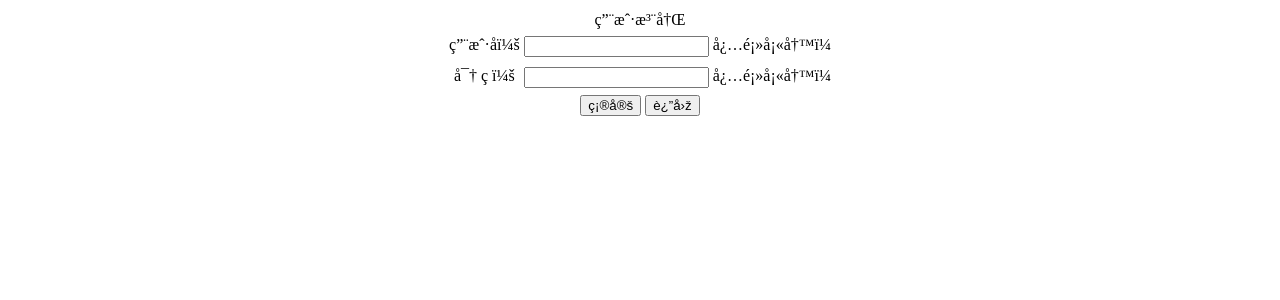
Repository: vap80963/UserManager
Page: http://localhost/WeBoUserManager/register.jsp
The author's editor kept a copy of each file at every save. The page is drawn from the files as they stood at one save, then again after the next save.
The browser window is 1280 px wide. The pictures show the whole page.
The page is served by Tomcat 9. Other server files are loaded and not shown.

Above is the page before, as saved 2017-05-28 01:58:29.

### WeBoUserManager/src/main/webapp/register.jsp
<%@ page language="java" contentType="text/html; charset=ISO-8859-1"
    pageEncoding="ISO-8859-1"%>

<%
String path = request.getContextPath();
String basePath = request.getScheme()+"://"+request.getServerName()+":"+request.getServerPort()+path+"/";
%>

<!DOCTYPE html PUBLIC "-//W3C//DTD HTML 4.01 Transitional//EN" "http://www.w3.org/TR/html4/loose.dtd">
<html>
<head>
<title>注册新用户</title>

	<meta http-equiv="pragma" content="no-cache">
	<meta http-equiv="cache-control" content="no-cache">
	<meta http-equiv="expires" content="0">
	<meta http-equiv="keywords" content="keyword1,keyword2,keyword3">
	<meta http-equiv="description" content="This is my page">
	<!--
	<link rel="stylesheet" type="text/css" href="styles.css">
	-->
<script type="text/javascript">
function dosubmit(){

	var th = document.form1;
	if(th.username.value==""){
		alert("用户名不能为空！");
		th.username.focus();
		return;
	}
	if(th.pswd.value==""){
		alert("密码不能为空！");
		th.pswd.focus();
		return;
	}
	th.action="<%=path%>/servlet/RegisterAction";
	th.submit();

}
function back(){
 	alert("退回主页！");
	th = document.form1;
	th.acton="<%=path%>/index.jsp";
	th.submit;
}

</script>
</head>
<body>
  <div style="text-align:center">
   <form action="" name="form1" method="post">
   <table  style="margin:auto">
   <tr>
   		<td colspan="3">
   		用户注册
   		</td>
   	</tr>
   	<tr>
   		<td>用户名：</td>
   		<td><input type="text" name="username"></input></td>
   		<td>必须填写！</td>
   	</tr>
   	<tr>
   		<td>密    码：</td>
   		<td><input type="password" name="pswd"></input></td>
   		<td>必须填写！</td>

   	</tr>
   	<tr>

   		<td colspan="3" align="center">
   		<button type="button" name="" onclick="dosubmit()" >确定</button>
   		<button type="button" name="" value="" onclick="javascript:location.href='index.jsp'" >返回</button>
   		</td>
   	</tr>

   </table>
   </form>

  </div>
</body>
</html>

After the next save:
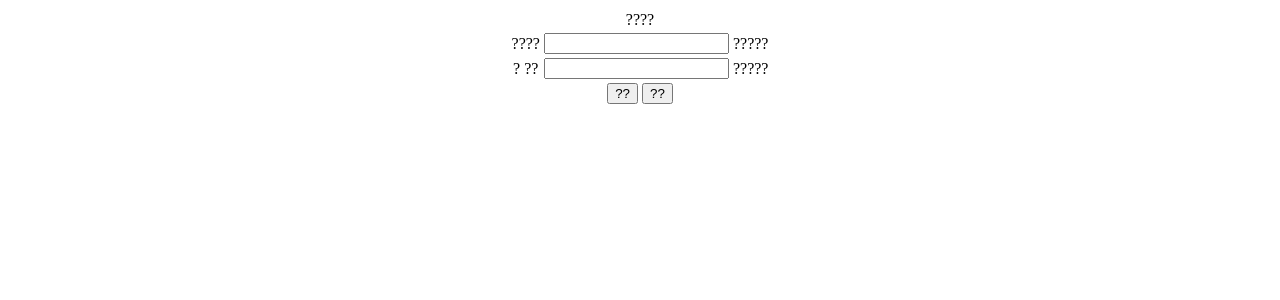
Saved 48 s later.
--- a/WeBoUserManager/src/main/webapp/register.jsp
+++ b/WeBoUserManager/src/main/webapp/register.jsp
@@ -1,5 +1,5 @@
 <%@ page language="java" contentType="text/html; charset=ISO-8859-1"
-    pageEncoding="ISO-8859-1"%>
+    pageEncoding="utf-8"%>
 
 <%
 String path = request.getContextPath();
